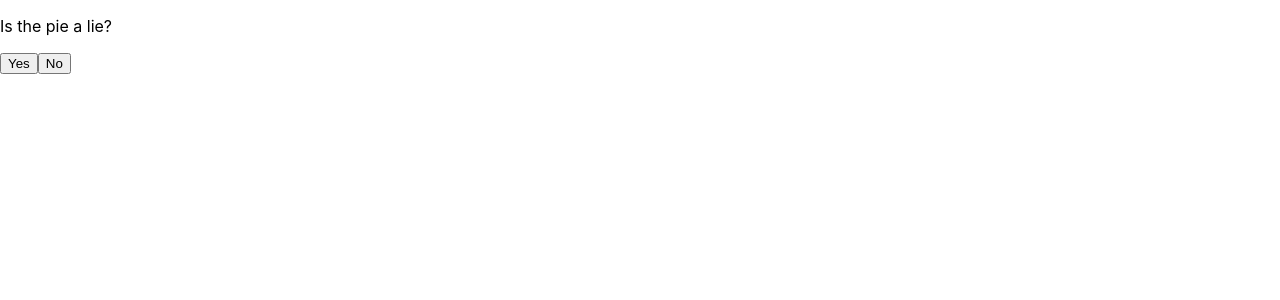
Repository: ahmadsaadkhan/wavesurfer-testproject
Page: /
These files come from the project's save history. The page is drawn as it stood at one moment and after the next save; the edit follows.
The browser window is 1280 px wide. The pictures show the whole page.
The project was rebuilt for these pictures with package versions that can differ from the ones it lists, and the page was loaded fresh each time.

Above is the page before, as saved 2022-03-08 21:54:01.

After the next save:
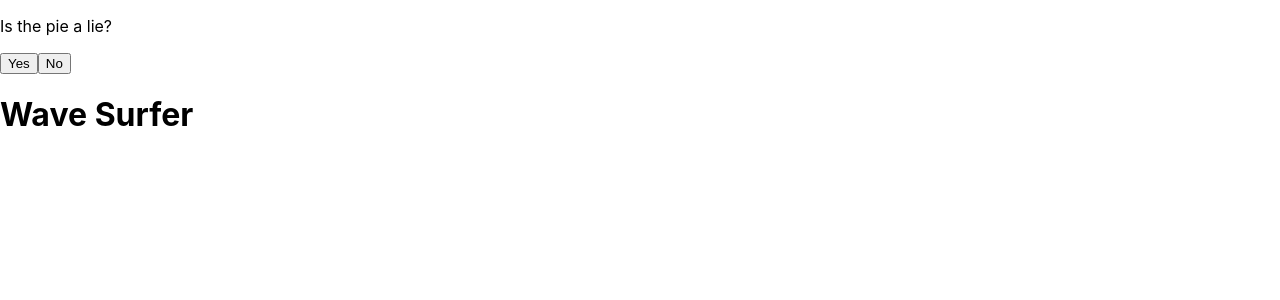
Saved 60 s later.
--- a/src/App.js
+++ b/src/App.js
@@ -1,6 +1,7 @@
 import React from "react";
 import ReactDOM from "react-dom";
 import Confirmation from "./components/Confirmation";
+import WaveSurfer from "./components/WaveSurfer";
 
 /* Changes made to this file will not affect your tests.
  * This file is used to control the behavior of the web preview.
@@ -15,6 +16,7 @@ const App = props => (
       }
       decline={() => console.log("declined")}
     />
+    <WaveSurfer />
   </div>
 );
 
